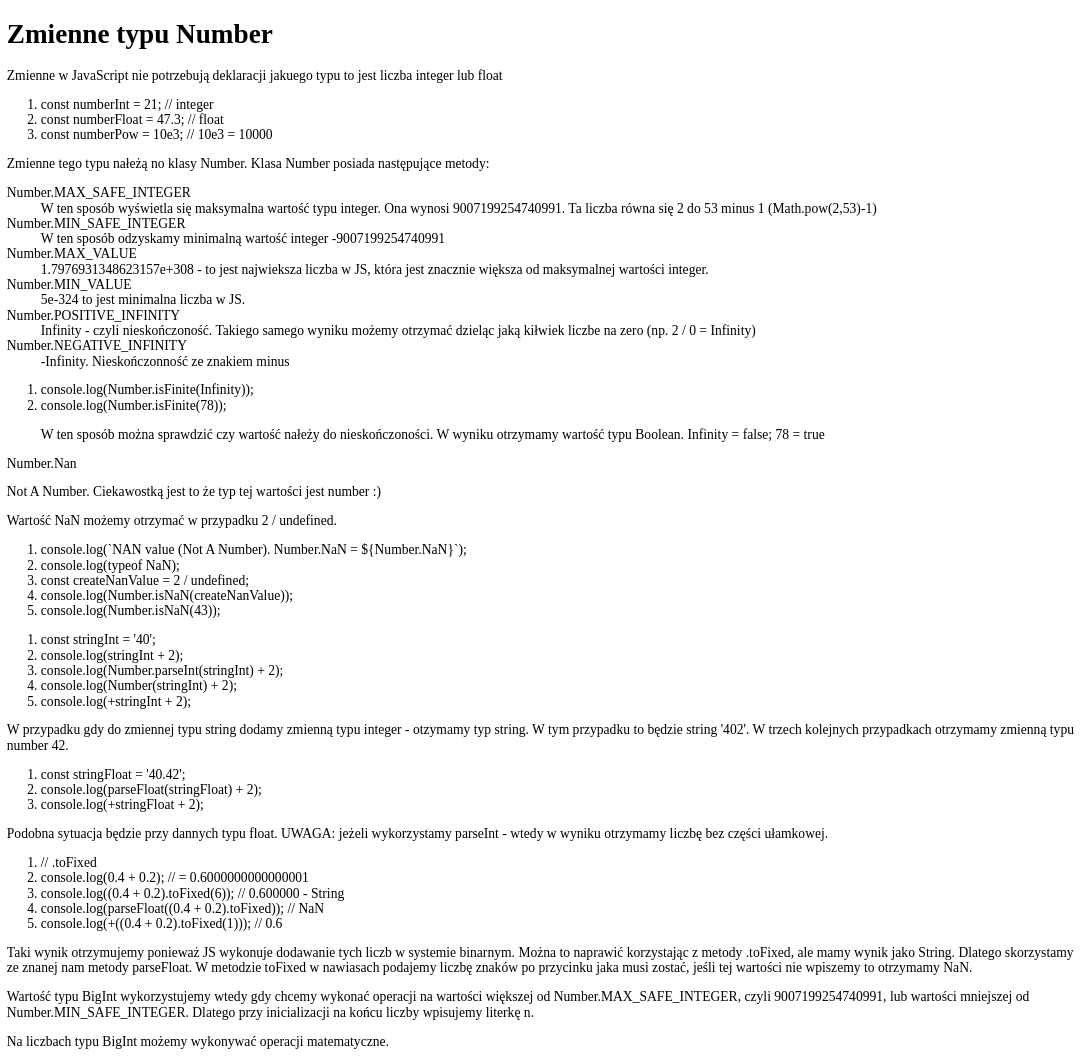
Repository: romanstetsiuk1/JS_learn
Page: number.html
An editor plug-in stored every save of this project. The page is shown before and after the next save, followed by the edit.
The browser window is 1280 px wide. The pictures show the whole page, at 85% of full size.

Above is the page before, as saved 2020-08-14 11:13:06.

### number.html
<!DOCTYPE html>
<html lang="en, pl">
<head>
  <meta charset="UTF-8">
  <title>Number variables</title>
</head>
<body>

  <main>
    <h1>Zmienne typu Number</h1>

    <article>
      <p>Zmienne w JavaScript nie potrzebują deklaracji jakuego typu to jest liczba integer lub float</p>
      <div class="vsCode">
        <ol>
          <li>const numberInt = 21;       // integer</li>
          <li>const numberFloat = 47.3;   // float</li>
          <li>const numberPow = 10e3;     // 10e3 = 10000</li>
        </ol>
      </div>
    </article>

    <article>
      <p>Zmienne tego typu nałeżą no klasy Number.
        Klasa Number posiada następujące metody:
      </p>
      <dl>
        <dt>Number.MAX_SAFE_INTEGER</dt>
        <dd>W ten sposób wyświetla się maksymalna wartość typu integer.
          Ona wynosi 9007199254740991. Ta liczba równa się 2 do 53 minus 1 (Math.pow(2,53)-1)
        </dd>

        <dt>Number.MIN_SAFE_INTEGER</dt>
        <dd>W ten sposób odzyskamy minimalną wartość integer -9007199254740991</dd>

        <dt>Number.MAX_VALUE</dt>
        <dd>1.7976931348623157e+308 - to jest najwieksza liczba w JS, która jest
          znacznie większa od maksymalnej wartości integer.
        </dd>

        <dt>Number.MIN_VALUE</dt>
        <dd>5e-324 to jest minimalna liczba w JS.</dd>

        <dt>Number.POSITIVE_INFINITY</dt>
        <dd>Infinity - czyli nieskończoność. Takiego samego wyniku
          możemy otrzymać dzieląc jaką kiłwiek liczbe na zero (np. 2 / 0 = Infinity)
        </dd>

        <dt>Number.NEGATIVE_INFINITY</dt>
        <dd>-Infinity. Nieskończonność ze znakiem minus</dd>

        <dt><div class="vsCode">
          <ol>
            <li>console.log(Number.isFinite(Infinity));</li>
            <li>console.log(Number.isFinite(78));</li>
          </ol>
        </div></dt>
        <dd>W ten sposób można sprawdzić czy wartość nałeży do nieskończoności. W
          wyniku otrzymamy wartość typu Boolean. Infinity = false; 78 = true
        </dd>

      </dl>
    </article>

    <article>
      <p>Number.Nan</p>
      <p>Not A Number. Ciekawostką jest to że typ tej wartości jest number :)</p>
      <p>Wartość NaN możemy otrzymać w przypadku 2 / undefined.</p>
      <div class="vsCode">
        <ol>
          <li>console.log(`NAN value (Not A Number). Number.NaN = ${Number.NaN}`);</li>
          <li>console.log(typeof NaN);</li>
          <li>const createNanValue = 2 / undefined;</li>
          <li>console.log(Number.isNaN(createNanValue));</li>
          <li>console.log(Number.isNaN(43));</li>
        </ol>
      </div>
    </article>

    <article>
      <div class="vsCode">
        <ol>
          <li>const stringInt = '40';</li>
          <li>console.log(stringInt + 2);</li>
          <li>console.log(Number.parseInt(stringInt) + 2);</li>
          <li>console.log(Number(stringInt) + 2);</li>
          <li>console.log(+stringInt + 2);</li>
        </ol>
      </div>
      <p>W przypadku gdy do zmiennej typu string dodamy zmienną typu integer - otzymamy
        typ string. W tym przypadku to będzie string '402'. W trzech kolejnych przypadkach
        otrzymamy zmienną typu number 42.
      </p>

      <div class="vsCode">
        <ol>
          <li>const stringFloat = '40.42';</li>
          <li>console.log(parseFloat(stringFloat) + 2);</li>
          <li>console.log(+stringFloat + 2);</li>
        </ol>
      </div>
      <p>Podobna sytuacja będzie przy dannych typu float. UWAGA: jeżeli
        wykorzystamy parseInt - wtedy w wyniku otrzymamy liczbę bez części ułamkowej.
      </p>
    </article>

    <article>
      <div class="vsCode">
        <ol>
          <li>// .toFixed</li>
          <li>console.log(0.4 + 0.2);     // = 0.6000000000000001</li>
          <li>console.log((0.4 + 0.2).toFixed(6));      // 0.600000 - String</li>
          <li>console.log(parseFloat((0.4 + 0.2).toFixed));  // NaN</li>
          <li>console.log(+((0.4 + 0.2).toFixed(1)));       // 0.6</li>
        </ol>
      </div>
      <p>Taki wynik otrzymujemy ponieważ JS wykonuje dodawanie tych liczb w systemie binarnym.
        Można to naprawić korzystając z metody .toFixed, ale mamy wynik jako String. Dlatego
        skorzystamy ze znanej nam metody parseFloat. W metodzie toFixed w nawiasach podajemy
        liczbę znaków po przycinku jaka musi zostać, jeśli tej wartości nie wpiszemy to otrzymamy NaN.
      </p>
    </article>

    <article>
      <div class="vsCode">

      </div>
      <p>Wartość typu BigInt wykorzystujemy wtedy gdy chcemy wykonać operacji na wartości większej
      od Number.MAX_SAFE_INTEGER, czyli 9007199254740991, lub wartości mniejszej od Number.MIN_SAFE_INTEGER.
      Dlatego przy inicializacji na końcu liczby wpisujemy literkę n.</p>
      <p>Na liczbach typu BigInt możemy wykonywać operacji matematyczne.</p>
    </article>



  </main>

</body>
</html>

After the next save:
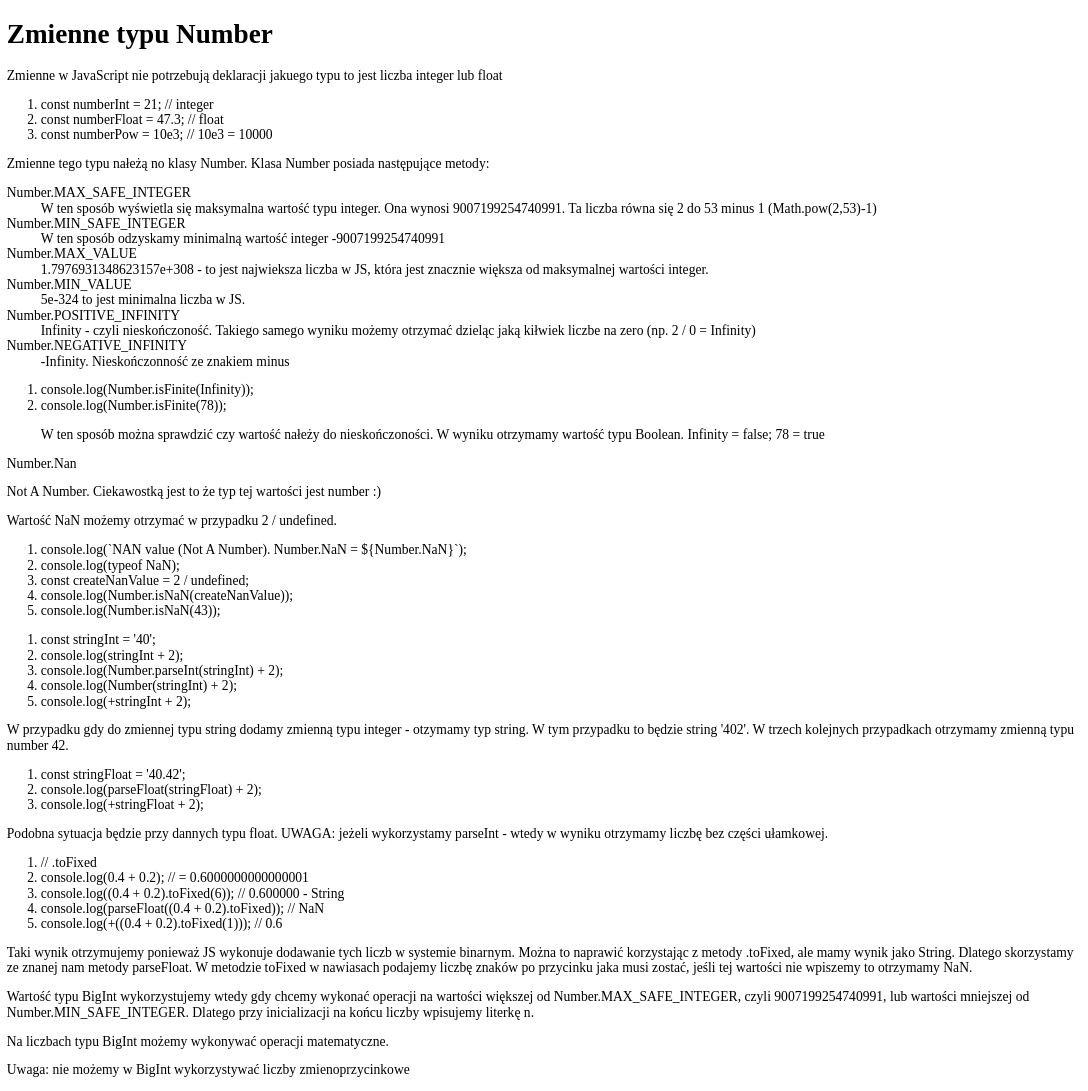
Saved 86 s later.
--- a/number.html
+++ b/number.html
@@ -129,6 +129,7 @@
       od Number.MAX_SAFE_INTEGER, czyli 9007199254740991, lub wartości mniejszej od Number.MIN_SAFE_INTEGER.
       Dlatego przy inicializacji na końcu liczby wpisujemy literkę n.</p>
       <p>Na liczbach typu BigInt możemy wykonywać operacji matematyczne.</p>
+      <p>Uwaga: nie możemy w BigInt wykorzystywać liczby zmienoprzycinkowe</p>
     </article>
 
 
